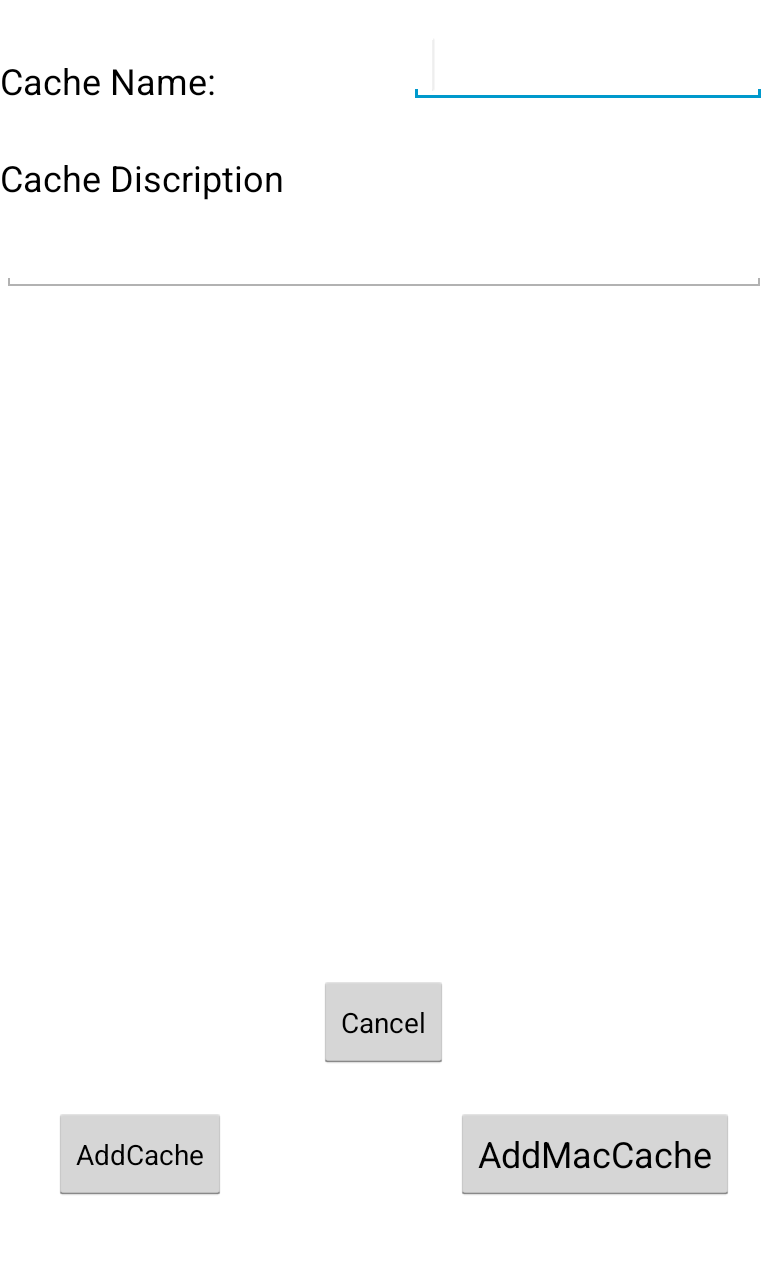
Repository: mpdehnel/seg
Layout: VectorOne/res/layout/activity_addcache.xml
An editor plug-in stored every save of this project. The layout is shown before and after the next save, followed by the edit.
It is drawn on a 768 x 1280 px phone screen (xhdpi) without system bars, with theme AppTheme; the app's code is not run.

Above is the layout before, as saved 2013-03-06 15:32:06.

### VectorOne/res/layout/activity_addcache.xml

    <RelativeLayout xmlns:android="http://schemas.android.com/apk/res/android"
        android:id="@+id/addCache"
        android:layout_width="fill_parent"
        android:layout_height="fill_parent" >

        <TextView
            android:id="@+id/CacheName"
            android:layout_width="wrap_content"
            android:layout_height="wrap_content"
            android:layout_alignParentLeft="true"
            android:layout_alignParentTop="true"
            android:layout_marginTop="28dp"
            android:text="Cache Name:"
            android:textAppearance="?android:attr/textAppearanceMedium" />

        <EditText
            android:id="@+id/cacheDiscriptionText"
            android:layout_width="wrap_content"
            android:layout_height="wrap_content"
            android:layout_alignParentLeft="true"
            android:layout_alignParentRight="true"
            android:layout_below="@+id/CacheNameText"
            android:layout_marginTop="55dp"
            android:ems="10"
            android:inputType="textMultiLine" />

        <TextView
            android:id="@+id/CacheDiscription"
            android:layout_width="wrap_content"
            android:layout_height="wrap_content"
            android:layout_alignParentLeft="true"
            android:layout_below="@+id/CacheNameText"
            android:layout_marginTop="24dp"
            android:text="Cache Discription"
            android:textAppearance="?android:attr/textAppearanceMedium" />

        <EditText
            android:id="@+id/CacheNameText"
            android:layout_width="180dp"
            android:layout_height="wrap_content"
            android:layout_alignBottom="@+id/CacheName"
            android:layout_alignParentRight="true"
            android:ems="10" >

            <requestFocus />
        </EditText>

        <Button
            android:id="@+id/add_button"
            style="?android:attr/buttonStyleSmall"
            android:layout_width="wrap_content"
            android:layout_height="wrap_content"
            android:layout_alignParentBottom="true"
            android:layout_alignParentLeft="true"
            android:layout_marginBottom="39dp"
            android:layout_marginLeft="26dp"
            android:text="AddCache" />

        <Button
            android:id="@+id/cancel_button"
            style="?android:attr/buttonStyleSmall"
            android:layout_width="wrap_content"
            android:layout_height="wrap_content"
            android:layout_above="@+id/add_button"
            android:layout_centerHorizontal="true"
            android:layout_marginBottom="18dp"
            android:text="Cancel" />

        <Button
            android:id="@+id/addNetworkCache"
            android:layout_width="wrap_content"
            android:layout_height="wrap_content"
            android:layout_alignParentRight="true"
            android:layout_below="@+id/cancel_button"
            android:layout_marginRight="16dp"
            android:text="AddMacCache" />

    </RelativeLayout>

Loaded but not shown: VectorOne/res/values/styles.xml (common file); VectorOne/res/values-v11/styles.xml (common file); VectorOne/res/values-v14/styles.xml (common file)

After the next save:
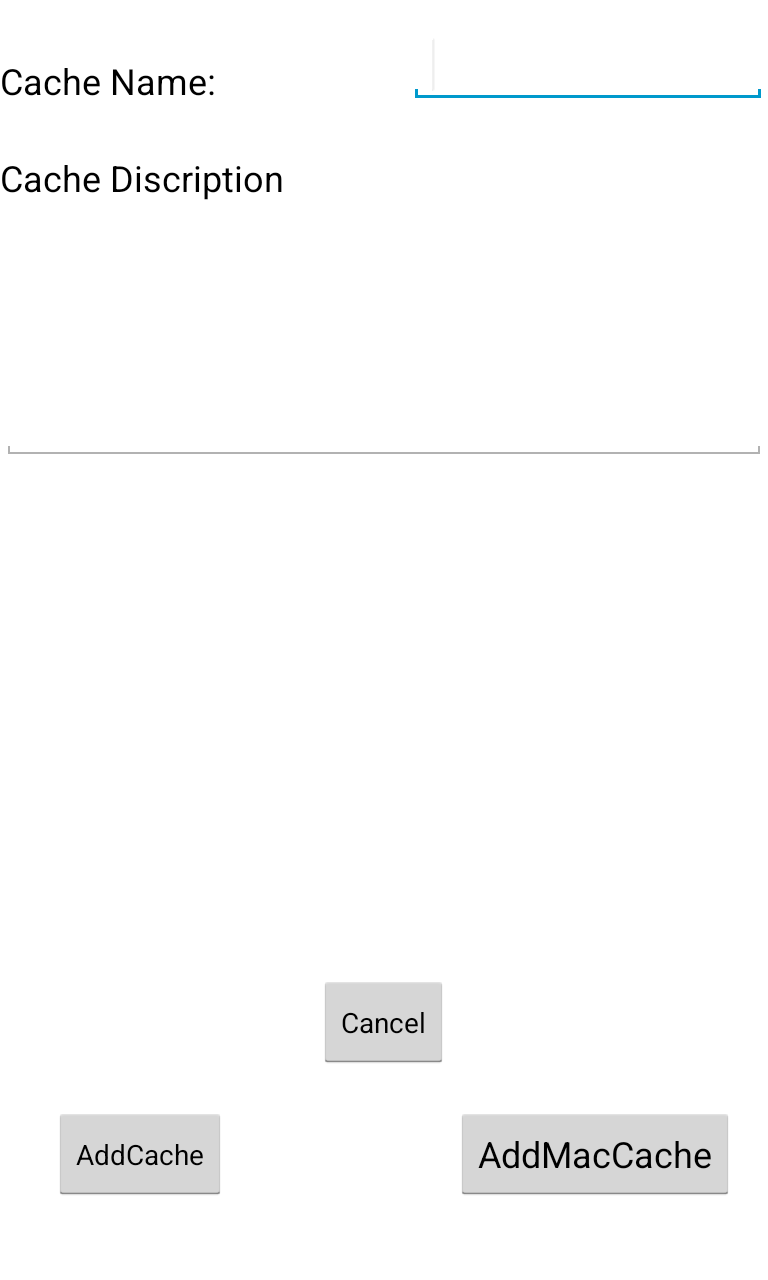
Saved 59 min 54 s later.
--- a/VectorOne/res/layout/activity_addcache.xml
+++ b/VectorOne/res/layout/activity_addcache.xml
@@ -22,6 +22,8 @@
             android:layout_alignParentRight="true"
             android:layout_below="@+id/CacheNameText"
             android:layout_marginTop="55dp"
+            android:minLines="5"
+            android:maxLines="5"
             android:ems="10"
             android:inputType="textMultiLine" />
 
